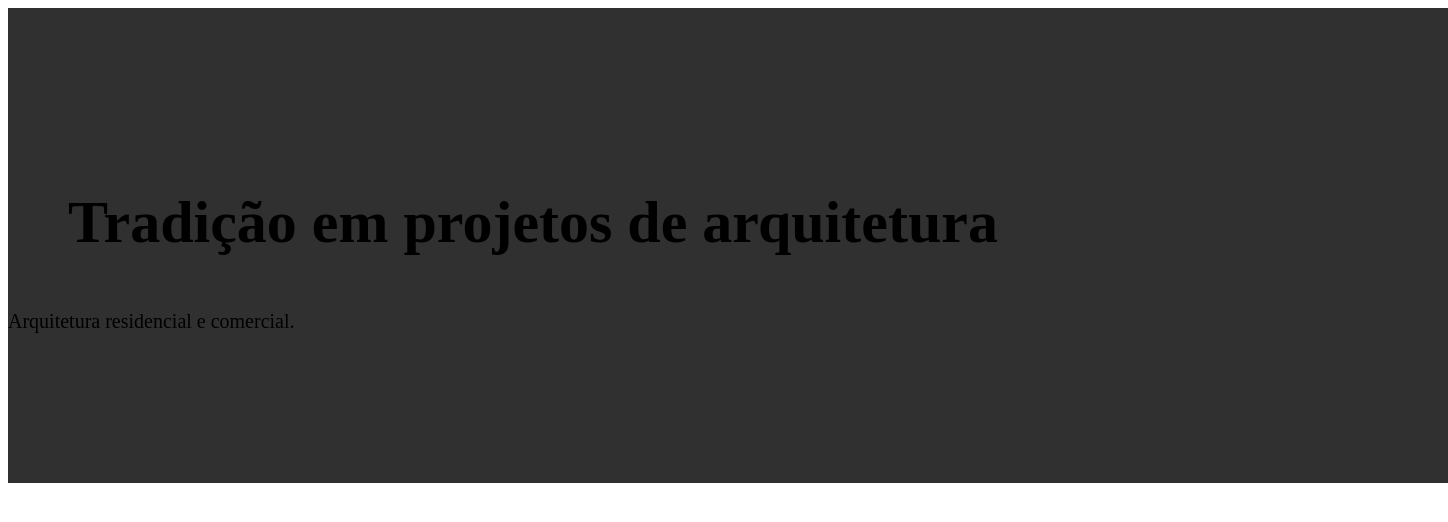
Repository: kleber-goncalves/RID196047_Desafio01
Page: index.html
The author's editor kept a copy of each file at every save. The page is drawn from the files as they stood at one save, then again after the next save.
The browser window is 1280 px wide. The page is 1448 px wide, so the pictures cover 1448 px, including what lies to the right of the window. The pictures show the whole page.

Above is the page before, as saved 2024-12-18 16:22:14.

### index.html
<!DOCTYPE html>
<html lang="pt-br">
  <head>
    <meta charset="UTF-8" />
    <meta name="viewport" content="width=device-width, initial-scale=1.0" />
    <title>RID196047_Desafio01</title>
    <link rel="stylesheet" href="style.css" />
  </head>
  <body class="conteiner">
    <section class="conteiner" id="topo">
      <div>
        <h1 id="txt-topo">Tradição em projetos de arquitetura</h1>
        <p id="sub-topo" >Arquitetura residencial e comercial.</p>
      </div>
    </section>
  </body>
</html>

### style.css
.conteiner {
  box-sizing: border-box;
  display: grid;
  grid-auto-flow: column;
  grid-auto-columns: 1fr;
}

#topo {
  background-color: #303030;
  display: flex;
  align-items: center;
  width: 1440px;
  height: 475px;
}

#txt-topo {
  margin-left: 60px;
  font-size: 60px;
  font-style: normal;
  font-weight: 600;
  line-height: 72px;
}

#sub-topo{
    font-size: 20px;
    font-style: normal;
    font-weight: 500;
    line-height: 28px;
}

After the next save:
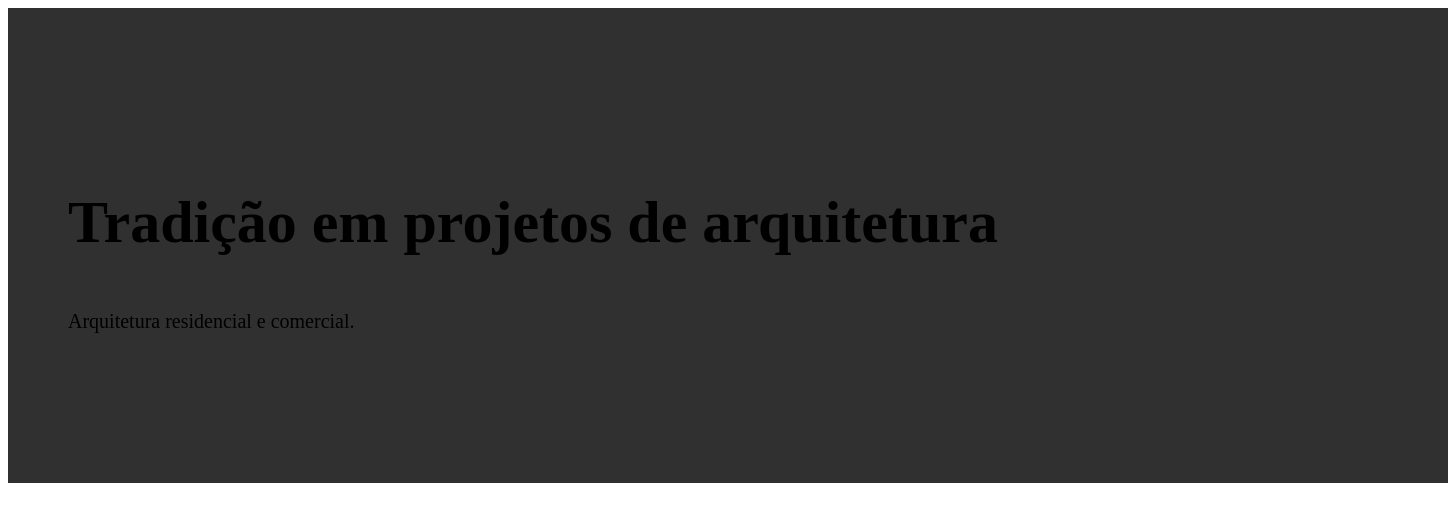
Saved 14 s later.
--- a/style.css
+++ b/style.css
@@ -23,6 +23,7 @@
 
 #sub-topo{
     font-size: 20px;
+    margin-left: 60px;
     font-style: normal;
     font-weight: 500;
     line-height: 28px;
